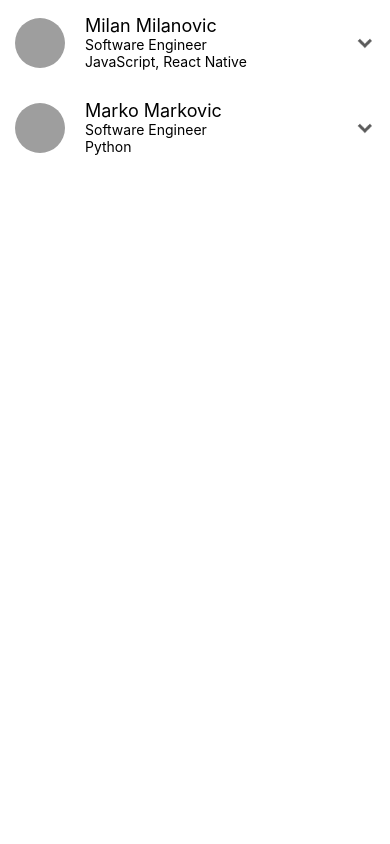
Repository: likanbl/intern-feature
Screen: /
These files come from the project's save history. The screen is drawn as it stood at one moment and after the next save; the edit follows.
Pictures or frames that could not be fetched are drawn as grey boxes. The app was drawn by React Native's web renderer in a window 390 px wide. The project was rebuilt for these pictures with package versions that can differ from the ones it lists, and the page was loaded fresh each time.

Above is the screen before, as saved 2019-09-16 09:33:18.

### App.js
/**
 * Sample React Native App
 * https://github.com/facebook/react-native
 *
 * @format
 * @flow
 */

import React, {Component} from 'react';

import Home from './src/components/home/Home';

export default class App extends Component {
  render() {
    return <Home></Home>;
  }
}

### src/components/home/Home.js
import React, {Component} from 'react';
import {View, FlatList, Text, StyleSheet} from 'react-native';
import {Card} from 'react-native-elements';
import {HomeItem} from './HomeItem';

const Data = [
  {
    Name: 'Milan Milanovic',
    role: 'Software Engineer',
    skills: 'JavaScript, React Native',
    additionalInfo: 'Milan Milanovic description',
  },
  {
    Name: 'Marko Markovic',
    role: 'Software Engineer',
    skills: 'Python',
    additionalInfo: 'Marko Markovic description',
  },
];
export default class Home extends Component {
  renderItem = ({item}) => <HomeItem item={item} />;

  render() {
    return (
      <View>
        <FlatList
          data={Data}
          renderItem={this.renderItem}
          keyExtractor={Data.id}
        />
      </View>
    );
  }
}

### src/components/home/HomeItem.js
import React, {Component} from 'react';
import {
  View,
  Text,
  Image,
  TouchableWithoutFeedback,
  StyleSheet,
} from 'react-native';
import PropTypes from 'prop-types';
import {images} from '../../assets/images';
import {Avatar} from 'react-native-elements';
import styles from './styles';

const propTypes = {
  item: PropTypes.object,
};

class HomeItem extends Component {
  state = {
    isSelected: false,
  };

  onPress = () => {
    this.setState((prevState, prevProps) => ({
      isSelected: !prevState.isSelected,
    }));
  };

  renderDetails = () => (
    <View style={styles.titleContainer}>
      <Text style={styles.description}>{this.props.item.additionalInfo}</Text>
    </View>
  );

  render() {
    const {isSelected} = this.state;
    return (
      <View style={styles.container}>
        <TouchableWithoutFeedback onPress={this.onPress}>
          <View style={styles.titleContainer}>
            <View>
              <Avatar
                size="medium"
                rounded
                source={{
                  uri:
                    'https://s3.amazonaws.com/uifaces/faces/twitter/ladylexy/128.jpg',
                }}
              />
            </View>
            <View style={styles.nameRole}>
              <Text style={styles.title}>{this.props.item.Name}</Text>
              <Text style={styles.role}>{this.props.item.role}</Text>
              <Text style={styles.role}>{this.props.item.skills}</Text>
            </View>
            <Image
              source={isSelected ? images.close : images.expand}
              style={styles.image}
            />
          </View>
        </TouchableWithoutFeedback>
        {isSelected && this.renderDetails()}
      </View>
    );
  }
}
HomeItem.propTypes = propTypes;

export {HomeItem};

### src/assets/images.js
export const images = {
  expand: require('../../resources/expand.png'),
  close: require('../../resources/close.png'),
};

### src/components/home/styles.js
import {StyleSheet} from 'react-native';

export default StyleSheet.create({
  container: {
    flex: 1,
    flexDirection: 'column',
    elevation: 2,
    paddingTop: 15,
    borderRadius: 4,
    padding: 15,
  },
  avatarContainer: {
    flex: 1,
    alignItems: 'flex-start',
    justifyContent: 'center',
  },
  nameRole: {
    flex: 2,
    alignItems: 'flex-start',
    justifyContent: 'center',
    marginLeft: 20,
  },

  titleContainer: {
    flexDirection: 'row',
    justifyContent: 'space-around',
    alignItems: 'center',
  },
  title: {
    flex: 1,
    fontSize: 18,
  },
  role: {
    flex: 1,
    fontSize: 14,
  },
  description: {
    flex: 1,
    fontSize: 22,
    color: 'gray',
    paddingTop: 10,
  },
  image: {
    width: 20,
    height: 20,
  },
});

After the next save:
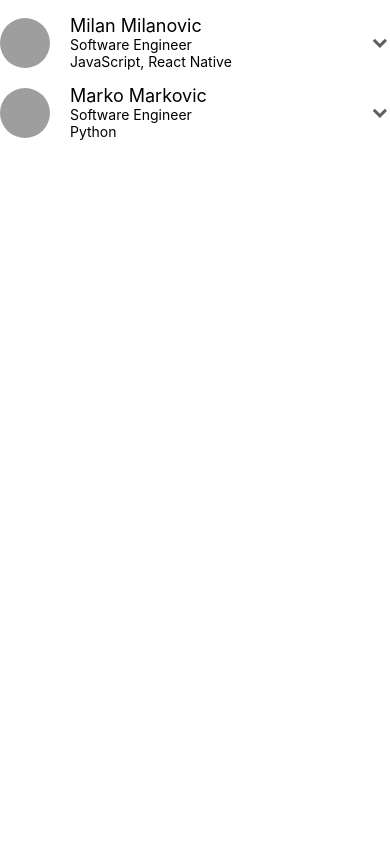
Saved 15 s later.
--- a/src/components/home/styles.js
+++ b/src/components/home/styles.js
@@ -7,7 +7,6 @@
     elevation: 2,
     paddingTop: 15,
     borderRadius: 4,
-    padding: 15,
   },
   avatarContainer: {
     flex: 1,

After the save that followed:
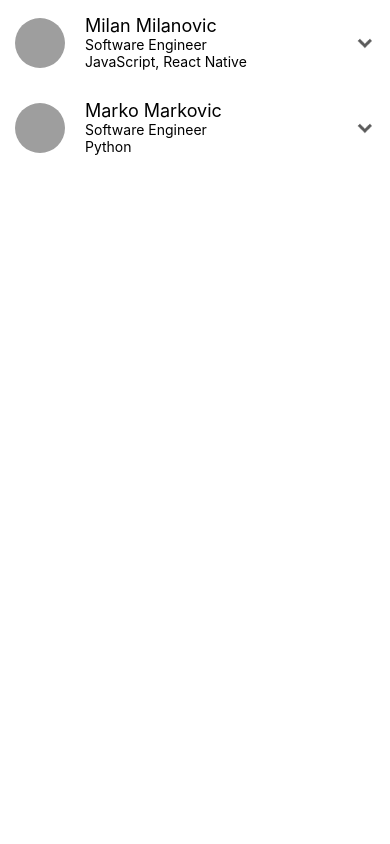
Saved 10 s later.
--- a/src/components/home/styles.js
+++ b/src/components/home/styles.js
@@ -7,6 +7,7 @@
     elevation: 2,
     paddingTop: 15,
     borderRadius: 4,
+    padding: 15,
   },
   avatarContainer: {
     flex: 1,
